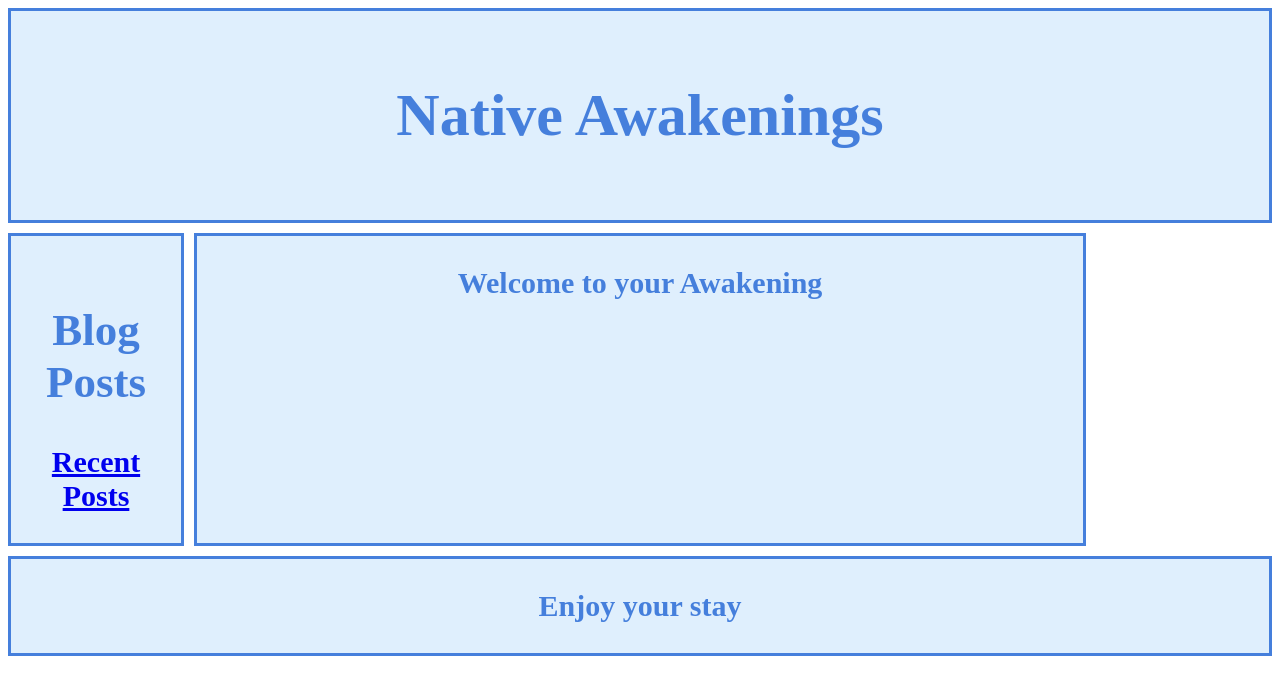
Repository: Gregg-Hendrix/blog-project
Page: index.html
An editor plug-in stored every save of this project. The page is shown before and after the next save, followed by the edit.
The browser window is 1280 px wide. The pictures show the whole page.

Above is the page before, as saved 2021-03-15 14:15:01.

### index.html
<!DOCTYPE html>
<html lang="en">
    <head>
        <meta charset="utf-8">
        <title>Native Awakenings</title>
        <meta content="width=device-width, initial-scale=1, maximum-scale=1" name="viewport"/>
        <link rel="stylesheet" href="stylesheet.css">

         </head>
    <body>
<div class="container">
  <header><h1>Native Awakenings</h1></header>
  <main>Welcome to your Awakening</main>
  <aside class="left-sidebar"><h1>Blog Posts</h1><a href="meditation.html">Recent Posts</a></aside>
  <footer>Enjoy your stay</footer>
</div>
</body>
</html>

### stylesheet.css

.container {
  display: grid;
  grid-template-columns: 11rem 1fr 11rem;
  grid-gap: 0.625rem;
}

.container > * {
  padding: 1.875rem;
  font-size: 1.875rem;
  font-weight: 800;
  text-align: center;
  background: #dfeffd;
  border: 3px solid #457fdc;
  color: #457fdc;
}
header,
footer {
  grid-column: 1 / span 3;
}

.left-sidebar {
  grid-area: 2;
}

After the next save:
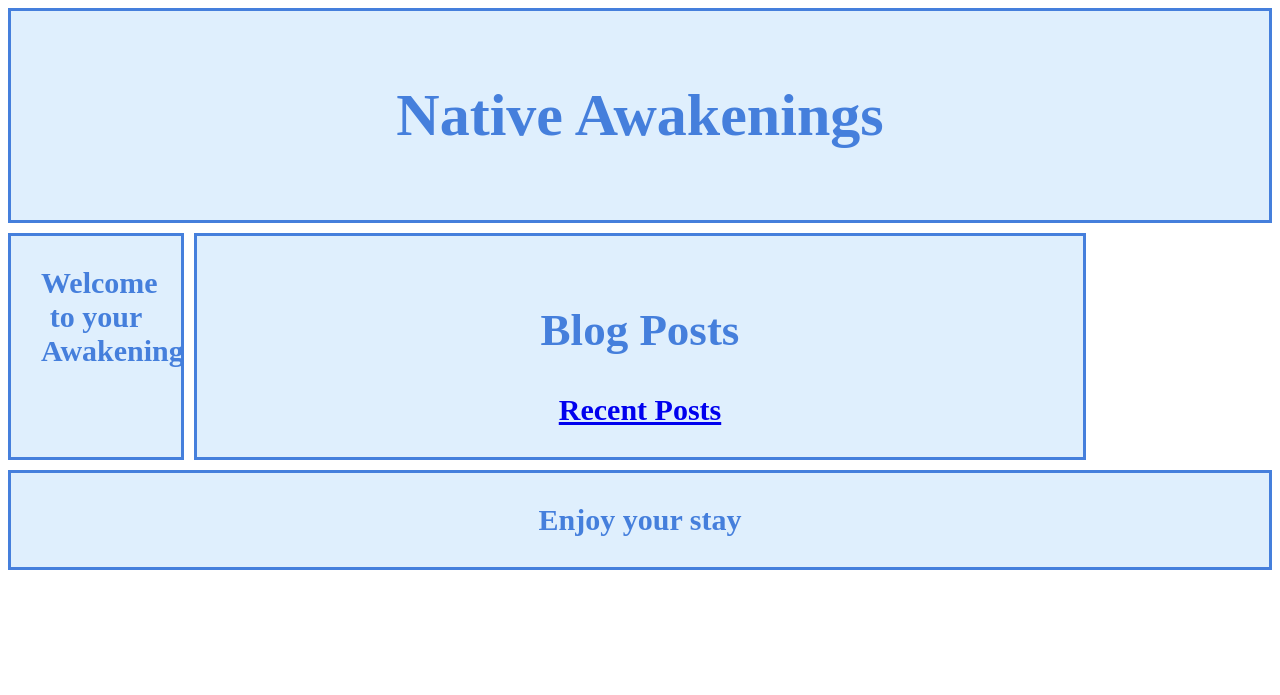
Saved 5 s later.
--- a/stylesheet.css
+++ b/stylesheet.css
@@ -18,7 +18,7 @@
 footer {
   grid-column: 1 / span 3;
 }
-
+.main
 .left-sidebar {
   grid-area: 2;
 }

After the 2 saves that followed:
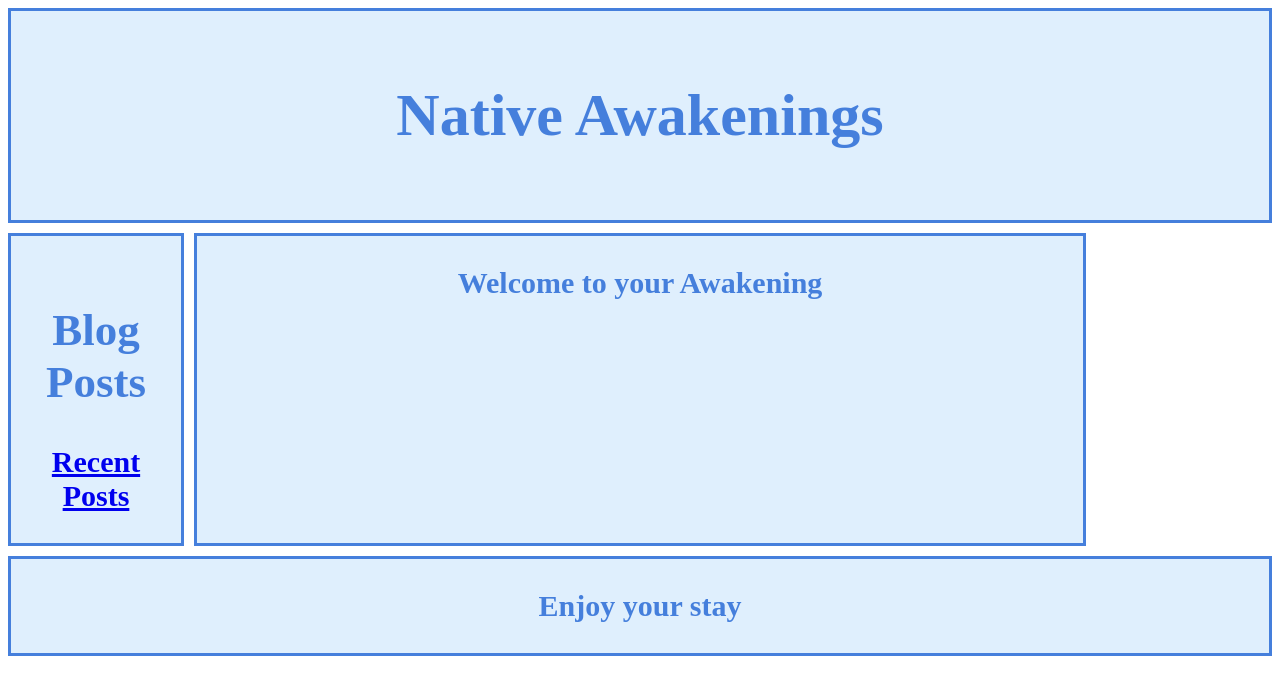
The 2 saves are shown as one change because they came seconds apart.
The last was saved 5 s later.
--- a/stylesheet.css
+++ b/stylesheet.css
@@ -18,7 +18,7 @@
 footer {
   grid-column: 1 / span 3;
 }
-.main
+.main {}
 .left-sidebar {
   grid-area: 2;
 }
